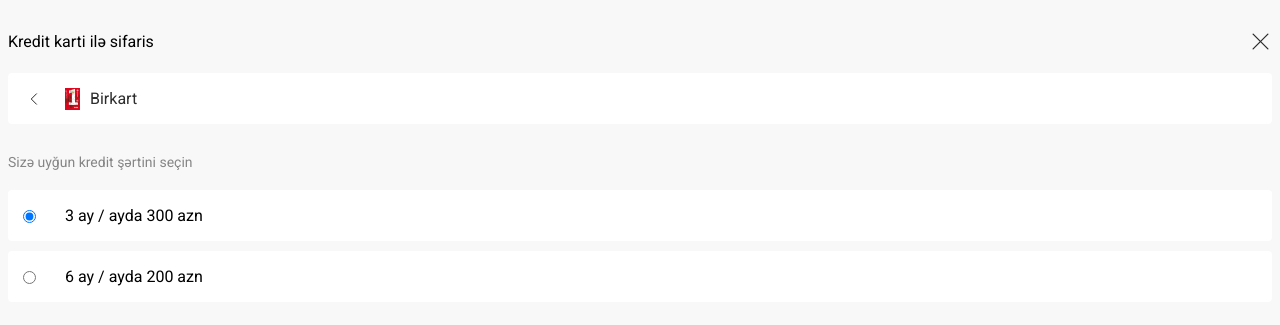
Repository: lmira7777/Carts
Page: Caravan/index.html
These files come from the project's save history. The page is drawn as it stood at one moment and after the next save; the edit follows.
The browser window is 1280 px wide. The pictures show the whole page.
The first `.month-list-item input` is checked.

Above is the page before, as saved 2024-04-25 21:49:29.

### Caravan/index.html
<!DOCTYPE html>
<html lang="en">
  <head>
    <meta charset="UTF-8" />
    <meta name="viewport" content="width=device-width, initial-scale=1.0" />
    <title>Document</title>
    <link rel="stylesheet" href="./style.css" />
  </head>
  <body>
    <div class="carts-body">
      <div class="title">Kredit karti ilə sifaris</div>
      <div class="description">Sizə uyğun kredit formasını seçin</div>
      <div class="carts"></div>
    </div>

    <div class="cart-detail">
      <div class="header">
        <span>Kredit karti ilə sifaris</span>
        <img src="./img/close.svg" />
      </div>

      <div class="cart-info">
        <img src="./img/back.svg" />
        <img src="./img/birkart.png" />
        <span>Birkart</span>
      </div>

      <div class="description">Sizə uyğun kredit şərtini seçin</div>

      <div class="month-list">
        <div class="month-list-item">
          <input type="radio" id="3month" />
          <label for="3month">3 ay / ayda 300 azn</label>
        </div>

        <div class="month-list-item">
          <input type="radio" id="6month" />
          <label for="6month">6 ay / ayda 200 azn</label>
        </div>
      </div>
    </div>

    <script src="./app.js"></script>
  </body>
</html>

### Caravan/style.css
@import url("https://fonts.googleapis.com/css2?family=Roboto:ital,wght@0,100;0,300;0,400;0,500;0,700;0,900;1,100;1,300;1,400;1,500;1,700;1,900&display=swap");
* {
  margin: 0;
  padding: 0;
  box-sizing: border-box;
  font-family: "Roboto", sans-serif;
}

body {
  background: #f8f8f8;
}
.carts-body {
  width: 100%;
  height: 100vh;
  display: flex;
  flex-direction: column;
  gap: 30px;
  padding: 30px 8px;
}
.title {
  color: #2d2d2d;
  font-size: 20px;
  font-weight: 500;
}
.description {
  color: #868686;
  font-size: 14px;
}
.carts {
  width: 100%;
  display: flex;
  flex-direction: column;
  gap: 10px;
  height: 600px;
  overflow-y: scroll;
}
.cart-item {
  width: 100%;

  flex-shrink: 0;

  height: 58px !important;
  display: flex;
  align-items: center;
  justify-content: space-between;
  background-color: #fff;
  border-radius: 4px;
  padding: 0 12px 0 20px;
}

.cart-item-left {
  display: flex;
  align-items: center;
  gap: 26px;
}

.cart-item-left > span {
  color: #2d2d2d;
  font-size: 16px;
}
.cart-detail {
  padding: 30px 8px;
  width: 100%;
  display: flex;
  flex-direction: column;
  gap: 20px;
  position: absolute;
  top: 0;
  left: 0;
  height: 100vh;
  background: #f8f8f8;
  /* display: none; */
  animation: slideIn 0.5s forwards;
}
.header {
  width: 100%;
  display: flex;
  align-items: center;
  justify-content: space-between;
}

.cart-info {
  width: 100%;
  height: 51px;
  border-radius: 4px;
  background: #fff;
  padding: 0 15px;
  display: flex;
  align-items: center;
  gap: 10px;
}
.cart-info > img:first-of-type {
  margin-right: 10px;
}

.cart-info > span {
  color: #2d2d2d;
  font-size: 16px;
}

.cart-detail > .description {
  margin-top: 10px;
}

.month-list{
    width: 100%;
    display: flex;
    flex-direction: column;
    gap: 10px;
}
.month-list label{
    width: 100%;
    height: 51px;
    border-radius: 4px;
    background: #FFF;
    display: flex;
    align-items: center;
    padding-left: 57px;

}
.month-list-item{
    width: 100%;
    height: 51px;
    position: relative;
}

.month-list-item input{
    position: absolute;
    top: 40%;
    left: 15px;

}


@keyframes slideIn {
  0% {
    transform: translateX(-100%);
  }
  100% {
    transform: translateX(0);
  }
}

### Caravan/img/close.svg
<svg xmlns="http://www.w3.org/2000/svg" width="23" height="23" viewBox="0 0 23 23" fill="none">
<path d="M18.8931 4.10547L4.10742 18.8912" stroke="#2D2D2D" stroke-width="1.3" stroke-linecap="round" stroke-linejoin="round"/>
<path d="M4.10686 4.10547L18.8926 18.8912" stroke="#2D2D2D" stroke-width="1.3" stroke-linecap="round" stroke-linejoin="round"/>
</svg>

### Caravan/img/back.svg
<svg xmlns="http://www.w3.org/2000/svg" width="22" height="22" viewBox="0 0 22 22" fill="none">
<path d="M13.75 16.5L8.25 11L13.75 5.5" stroke="#2D2D2D"/>
</svg>

### Caravan/app.js
var carts = document.querySelector(".carts");

var cart = [
  {
    cartImg: "./img/birkart.png",
    cartName: "BirKart",
  },
  {
    cartImg: "./img/albali.png",
    cartName: "Albali",
  },
  {
    cartImg: "",
    cartName: "Bol kart",
  },
];

let noImgUrl = "./img/noImg.png";

cart.forEach((cartElement) => {
  carts.innerHTML += `
    <div class="cart-item">
      <div class="cart-item-left">
        <img src="${cartElement.cartImg ? cartElement.cartImg : noImgUrl}" />
        <span>${cartElement.cartName}</span>
      </div>
      <div class="cart-item-right">
        <img src="./img/arrow.svg"/>
      </div>
    </div>
    `;




});

### Caravan/img/arrow.svg
<svg xmlns="http://www.w3.org/2000/svg" width="22" height="22" viewBox="0 0 22 22" fill="none">
<path d="M8.25 5.5L13.75 11L8.25 16.5" stroke="#2D2D2D"/>
</svg>

After the next save:
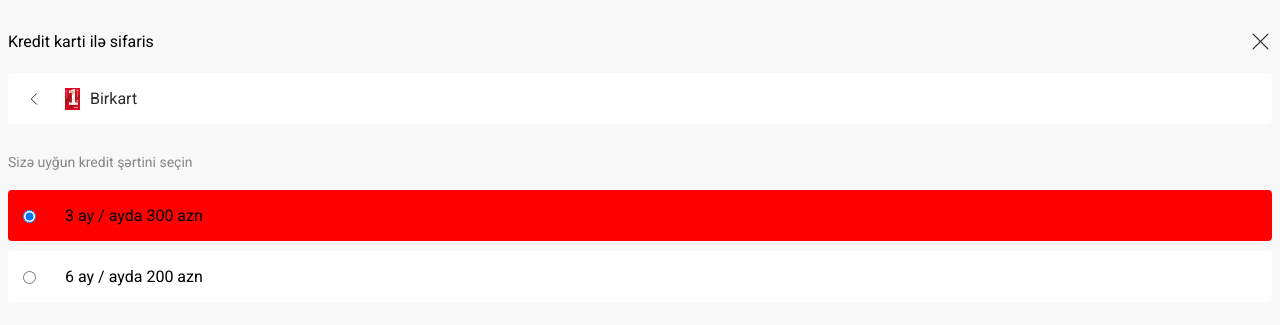
Saved 45 s later.
--- a/Caravan/style.css
+++ b/Caravan/style.css
@@ -131,6 +131,11 @@
 
 }
 
+.month-list-item input:checked + label{
+    background: red;
+}
+
+
 
 @keyframes slideIn {
   0% {
